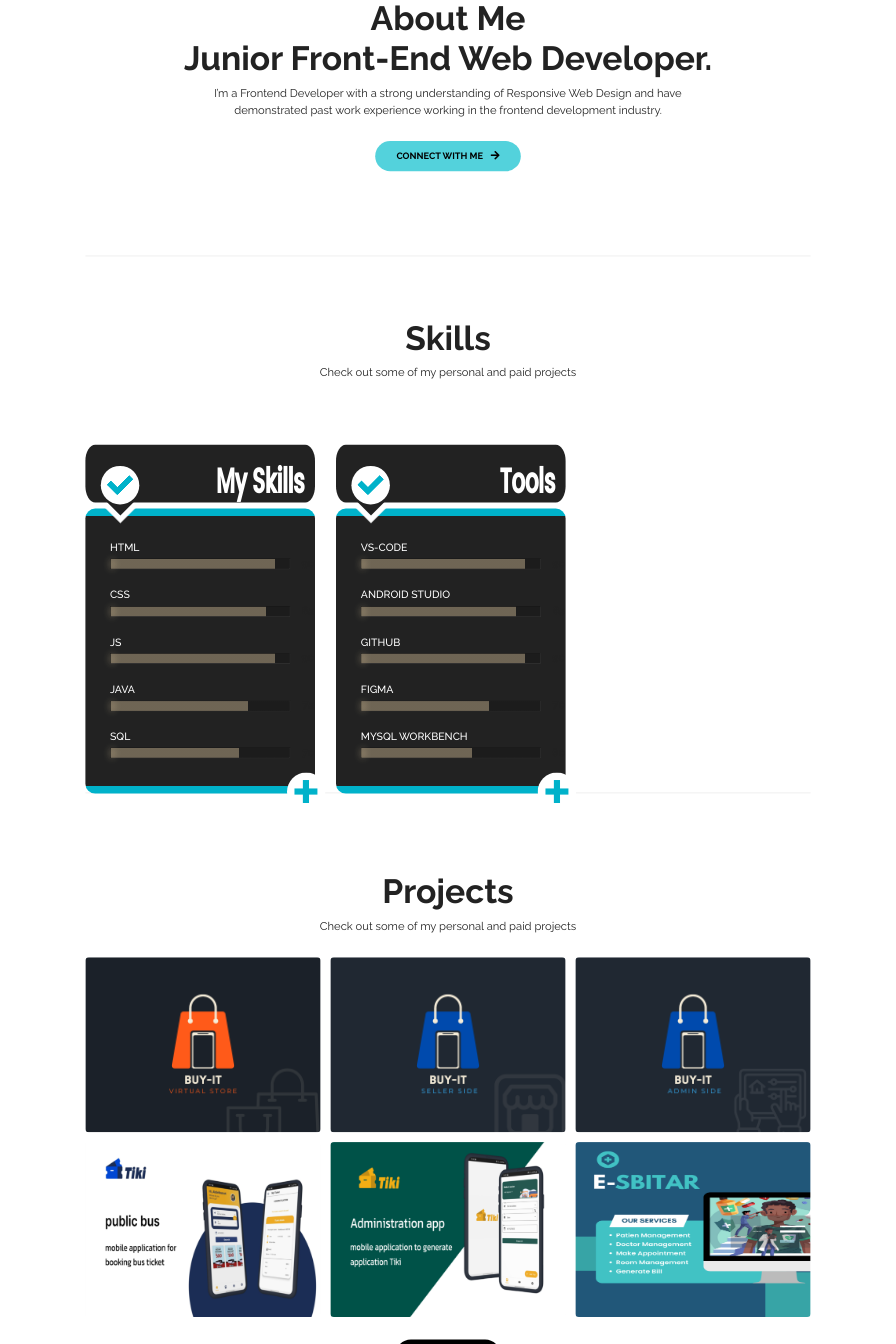
Repository: rahimmenadi/My-Website
Page: index.html
An editor plug-in stored every save of this project. The page is shown before and after the next save, followed by the edit.
The browser window is 1280 px wide. The pictures show the part of the page from y = 452 to 2372 px (the page is 2750 px tall), at 70% of full size.

Above is the page before, as saved 2023-06-22 03:19:00.

After the next save:
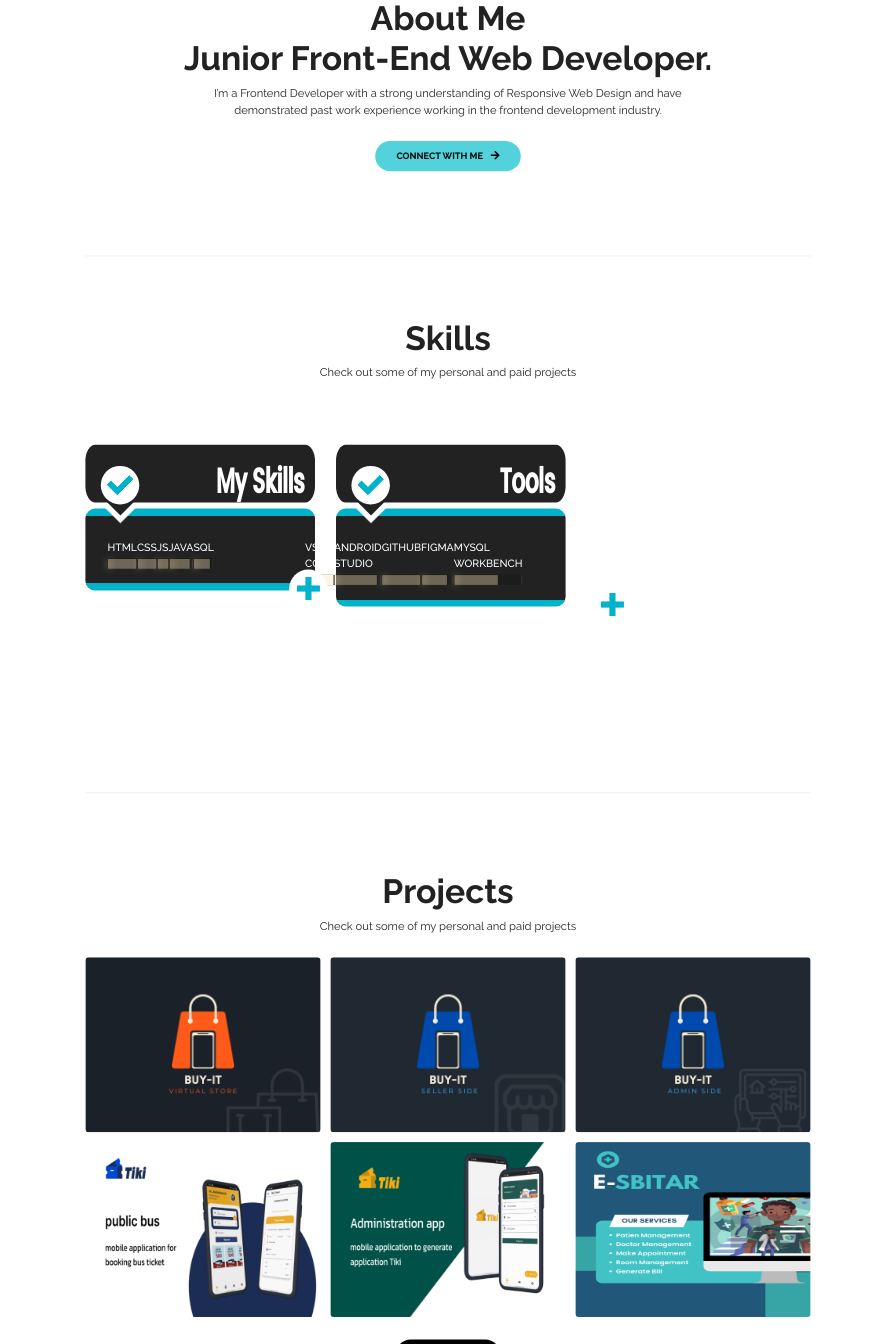
Saved 86 s later.
--- a/css/skills.css
+++ b/css/skills.css
@@ -571,3 +571,13 @@ ul.skills li.more input:checked + label:hover {
 		background: var(--c1);
 	}
 }
+.skills {
+	list-style-type: none;
+	padding: 0;
+	display: flex;
+	justify-content: center;
+  }
+
+  .skills li {
+	margin-right: 10px;
+  }

After the 5 saves that followed:
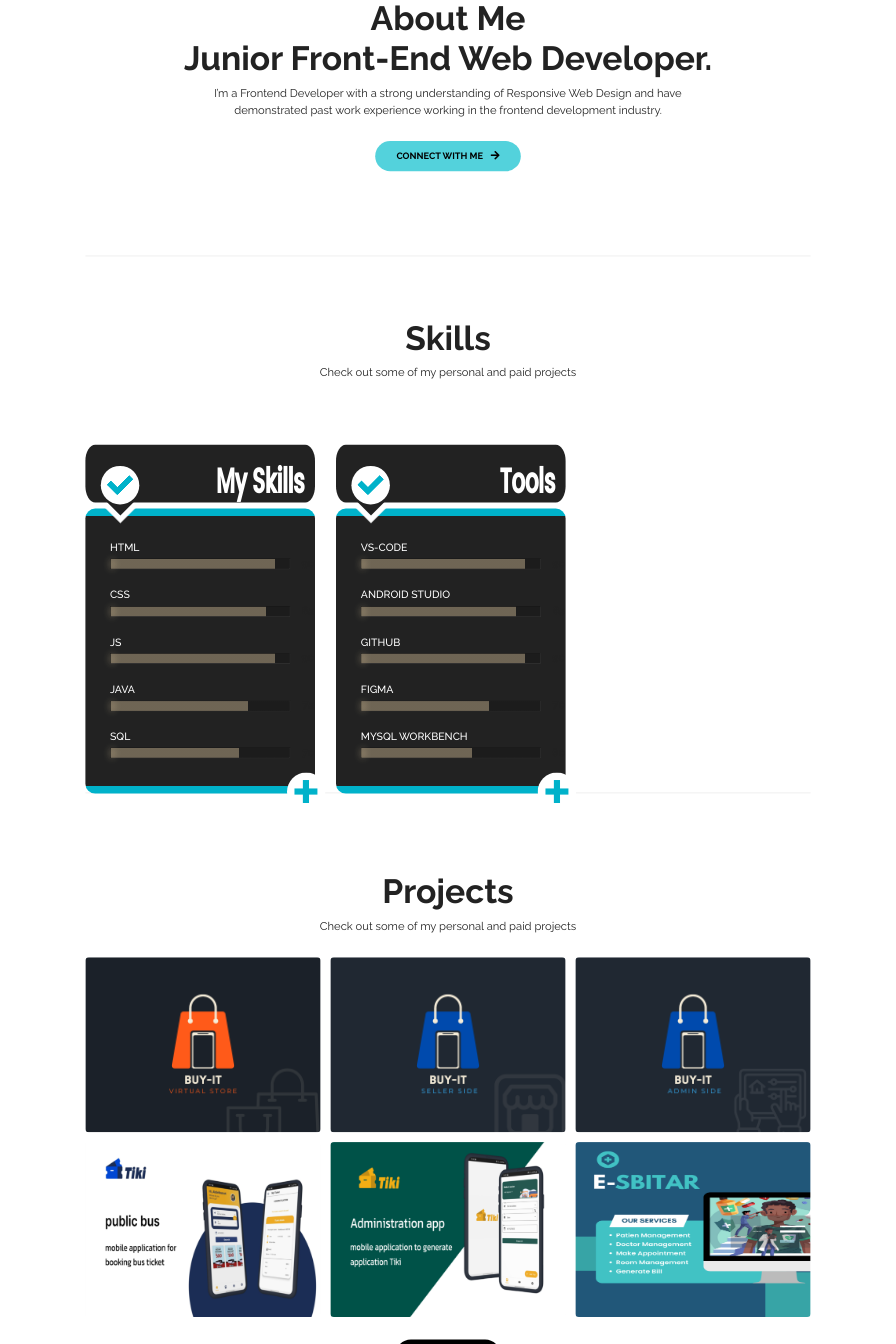
The 5 saves are shown as one change because 2 left the picture as it was and some came seconds apart.
The last was saved 20 s later.
--- a/css/skills.css
+++ b/css/skills.css
@@ -572,12 +572,7 @@ ul.skills li.more input:checked + label:hover {
 	}
 }
 .skills {
-	list-style-type: none;
-	padding: 0;
-	display: flex;
+
+
 	justify-content: center;
   }
-
-  .skills li {
-	margin-right: 10px;
-  }
